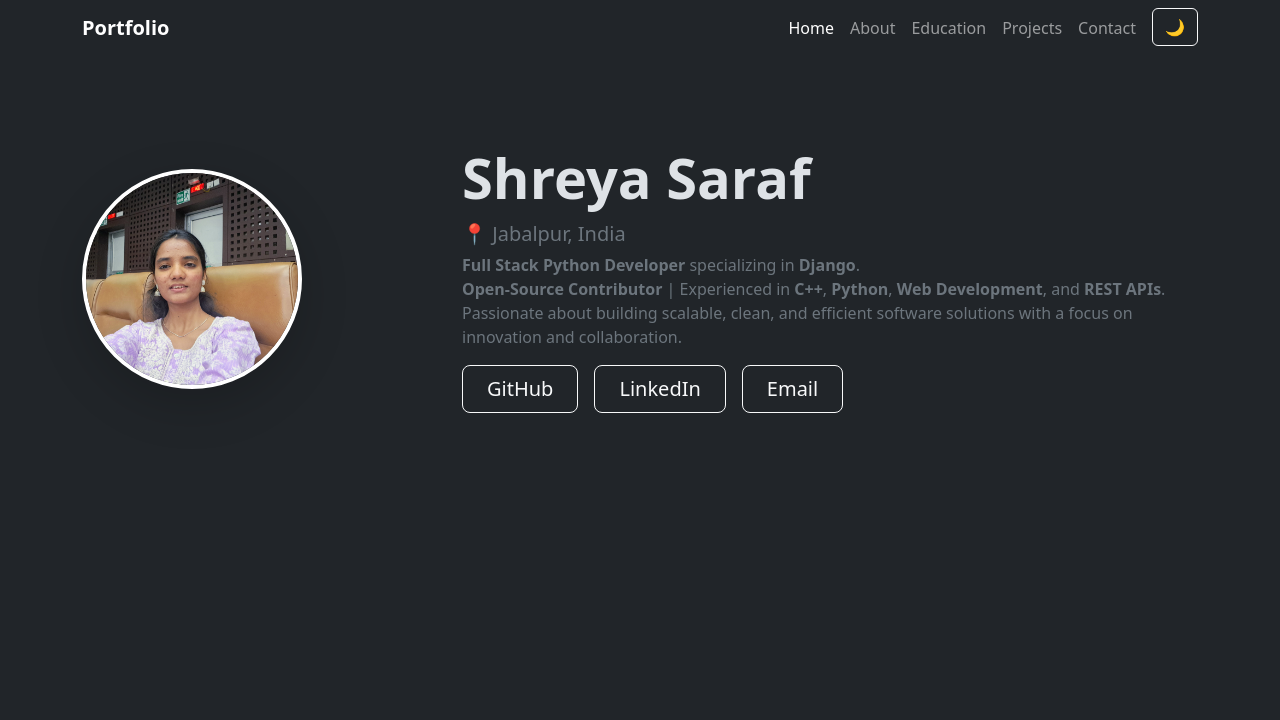
Repository: Shreyasaraf01/shreya-portfolio
Page: http://localhost/
The author's editor kept a copy of each file at every save. The page is drawn from the files as they stood at one save, then again after the next save.
The browser window is 1280 px wide. The pictures show the whole page.
The page is served by the project's application, run on Django 5.2 (manage.py).

Above is the page before, as saved 2025-09-13 23:04:25.

After the next save:
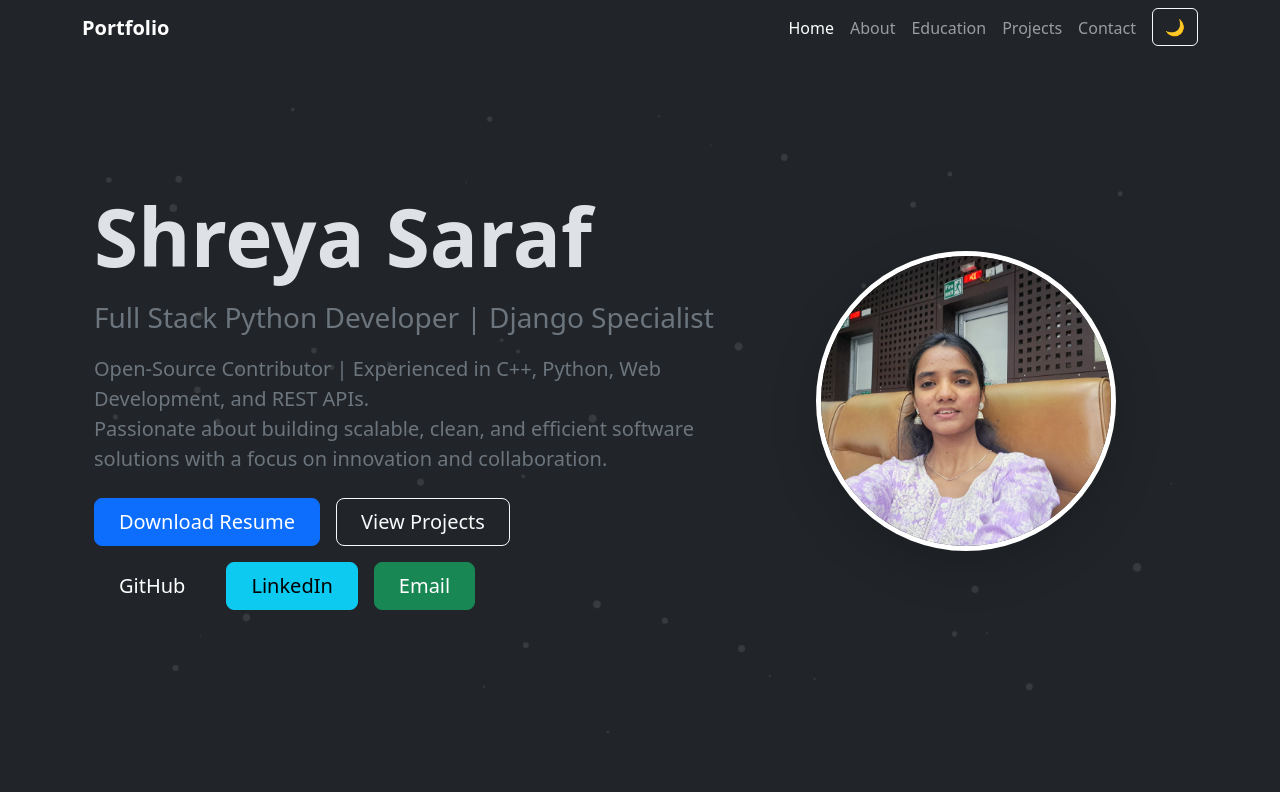
Saved 4 min 35 s later.
--- a/main/templates/main/index.html
+++ b/main/templates/main/index.html
@@ -2,38 +2,85 @@
 {% load static %}
 
 {% block content %}
-<div class="row align-items-center text-center text-md-start py-5">
-  <!-- Profile Image -->
-  <div class="col-md-4 mb-4 mb-md-0">
-    <img src="{% static 'images/profile.jpg' %}"
-         alt="profile"
-         style="width:220px; height:220px; border-radius:50%; object-fit:cover; border:4px solid #fff; transition: transform 0.3s;"
-         class="shadow-lg hover-scale">
-  </div>
+<div class="position-relative overflow-hidden py-5" style="min-height: 90vh;">
 
-  <!-- Profile Info -->
-  <div class="col-md-8">
-    <h1 class="display-4 fw-bold mb-2">Shreya Saraf</h1>
-    <p class="fs-5 text-secondary mb-1">📍 Jabalpur, India</p>
-    <p class="fs-6 text-secondary mb-3">
-      <strong>Full Stack Python Developer</strong> specializing in <strong>Django</strong>.<br>
-      <strong>Open-Source Contributor</strong> | Experienced in <strong>C++</strong>, <strong>Python</strong>, <strong>Web Development</strong>, and <strong>REST APIs</strong>.<br>
-      Passionate about building scalable, clean, and efficient software solutions with a focus on innovation and collaboration.
-    </p>
+  <!-- Animated Background -->
+  <canvas id="hero-bg" class="position-absolute top-0 start-0 w-100 h-100" style="z-index:0;"></canvas>
 
-    <!-- Social Buttons -->
-    <div class="d-flex gap-3 justify-content-center justify-content-md-start mt-3">
-      <a href="https://github.com/Shreyasaraf01" target="_blank" class="btn btn-outline-light btn-lg px-4">GitHub</a>
-      <a href="https://linkedin.com/in/shreya-saraf-797440257" target="_blank" class="btn btn-outline-light btn-lg px-4">LinkedIn</a>
-      <a href="mailto:shreyasaraf765@gmail.com" class="btn btn-outline-light btn-lg px-4">Email</a>
+  <div class="container position-relative" style="z-index:1;">
+    <div class="row align-items-center text-center text-md-start py-5">
+
+      <!-- Profile Info -->
+      <div class="col-md-7 mb-4 mb-md-0">
+        <h1 class="display-1 fw-bold mb-3" style="line-height:1.1;">
+          Shreya Saraf
+        </h1>
+        <p class="fs-3 text-secondary mb-3">Full Stack Python Developer | Django Specialist</p>
+        <p class="fs-5 text-secondary mb-4">
+          Open-Source Contributor | Experienced in C++, Python, Web Development, and REST APIs.<br>
+          Passionate about building scalable, clean, and efficient software solutions with a focus on innovation and collaboration.
+        </p>
+
+        <!-- Call-to-action Buttons -->
+        <div class="d-flex gap-3 justify-content-center justify-content-md-start mt-3">
+          <a href="{% static 'files/Shreya_Saraf_Resume.pdf' %}" target="_blank" class="btn btn-primary btn-lg px-4">Download Resume</a>
+          <a href="/projects/" class="btn btn-outline-light btn-lg px-4">View Projects</a>
+        </div>
+
+        <!-- Social Buttons -->
+        <div class="d-flex gap-3 justify-content-center justify-content-md-start mt-3">
+          <a href="https://github.com/Shreyasaraf01" target="_blank" class="btn btn-dark btn-lg px-4">GitHub</a>
+          <a href="https://linkedin.com/in/shreya-saraf-797440257" target="_blank" class="btn btn-info btn-lg px-4">LinkedIn</a>
+          <a href="mailto:shreyasaraf765@gmail.com" class="btn btn-success btn-lg px-4">Email</a>
+        </div>
+      </div>
+
+      <!-- Profile Image -->
+      <div class="col-md-5 text-center">
+        <img src="{% static 'images/profile.jpg' %}"
+             alt="profile"
+             class="rounded-circle shadow-lg"
+             style="width:300px; height:300px; object-fit:cover; border:5px solid #fff; transition: transform 0.3s;"
+             onmouseover="this.style.transform='scale(1.08)';"
+             onmouseout="this.style.transform='scale(1)';">
+      </div>
+
     </div>
   </div>
 </div>
 
-<!-- Hover effect for profile image -->
-<style>
-.hover-scale:hover {
-    transform: scale(1.08);
+<!-- Hero Background Animation Script -->
+<script>
+const canvas = document.getElementById('hero-bg');
+const ctx = canvas.getContext('2d');
+canvas.width = window.innerWidth;
+canvas.height = window.innerHeight;
+
+let circles = [];
+for(let i=0;i<50;i++){
+    circles.push({
+        x: Math.random()*canvas.width,
+        y: Math.random()*canvas.height,
+        r: Math.random()*4+1,
+        dx: (Math.random()-0.5)*0.5,
+        dy: (Math.random()-0.5)*0.5
+    });
 }
-</style>
+
+function animate(){
+    ctx.clearRect(0,0,canvas.width,canvas.height);
+    circles.forEach(c=>{
+        ctx.beginPath();
+        ctx.arc(c.x,c.y,c.r,0,Math.PI*2,false);
+        ctx.fillStyle = 'rgba(255,255,255,0.1)';
+        ctx.fill();
+        c.x += c.dx;
+        c.y += c.dy;
+        if(c.x<0||c.x>canvas.width) c.dx*=-1;
+        if(c.y<0||c.y>canvas.height) c.dy*=-1;
+    });
+    requestAnimationFrame(animate);
+}
+animate();
+</script>
 {% endblock %}
